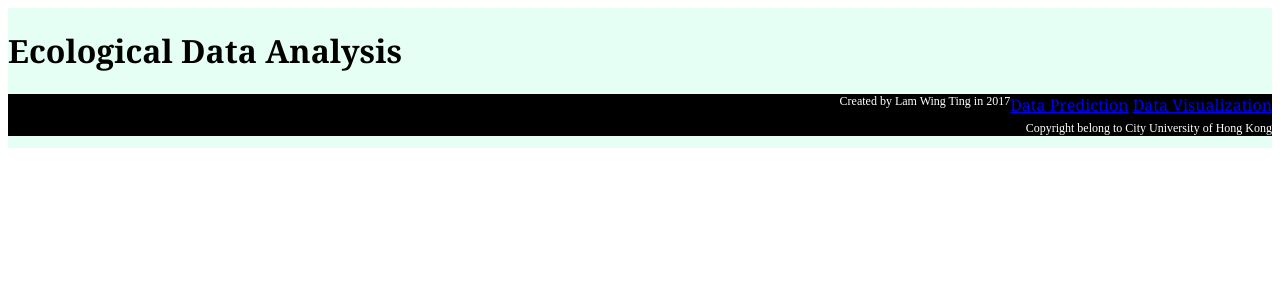
Repository: JenniferLam/FYP
Page: http://localhost/FYP_webapp/prediction/dataPred.html
These files come from the project's save history. The page is drawn as it stood at one moment and after the next save; the edit follows.
The browser window is 1280 px wide. The pictures show the whole page.
The page is served by Tomcat 9. Other server files are loaded and not shown.

Above is the page before, as saved 2018-01-28 22:07:01.

### WebAppDev/FYP_webapp/WebContent/prediction/dataPred.html
<!DOCTYPE html PUBLIC "-//W3C//DTD HTML 4.01 Transitional//EN" "http://www.w3.org/TR/html4/loose.dtd">
<html>
<head>
<meta http-equiv="Content-Type" content="text/html; charset=BIG5">
<link href="dataPred.css" type="text/css" rel="stylesheet">
<link href="../common.css" type="text/css" rel="stylesheet">
<title>Data Prediction</title>
</head>


<body>
	<div id="header">
		<h1>Ecological Data Analysis</h1>
		<div id="shortcut">
			<a href="../prediction/dataPred.html">Data Prediction</a>
			<a href="../visualization/result.html">Data Visualization</a>
		</div>

		<div id="footer">
			<p>Created by Lam Wing Ting in 2017</p>
			<p>Copyright belong to City University of Hong Kong</p>
		</div>
</body>
</html>

### WebAppDev/FYP_webapp/WebContent/common.css
body{
	font-family:Georgia, serif;
}
#header{
	float:left;
	width:100%;
	height:20%;
	display:inline-block;
	background-color: rgb(230, 255, 245);
}
#shortcut{
	float:right;
}
#footer{
	background-color:black;
	width:100%;
	color: white;
	text-align:right;
	font-family:Times New Roman, Times, serif;
	font-size:12px;
}

Loaded but not shown: WebAppDev/FYP_webapp/WebContent/prediction/dataPred.css (no copy from this time; the picture is the same without it)

After the next save:
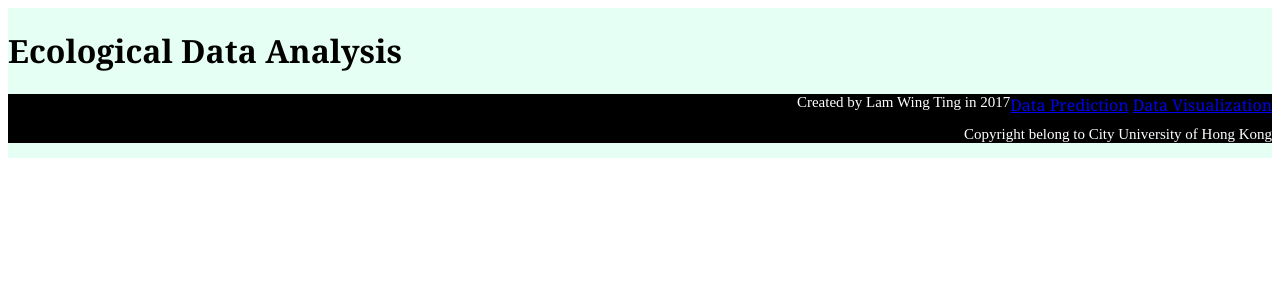
Saved 28 s later.
--- a/WebAppDev/FYP_webapp/WebContent/common.css
+++ b/WebAppDev/FYP_webapp/WebContent/common.css
@@ -17,5 +17,5 @@ body{
 	color: white;
 	text-align:right;
 	font-family:Times New Roman, Times, serif;
-	font-size:12px;
+	font-size:15px;
 }
